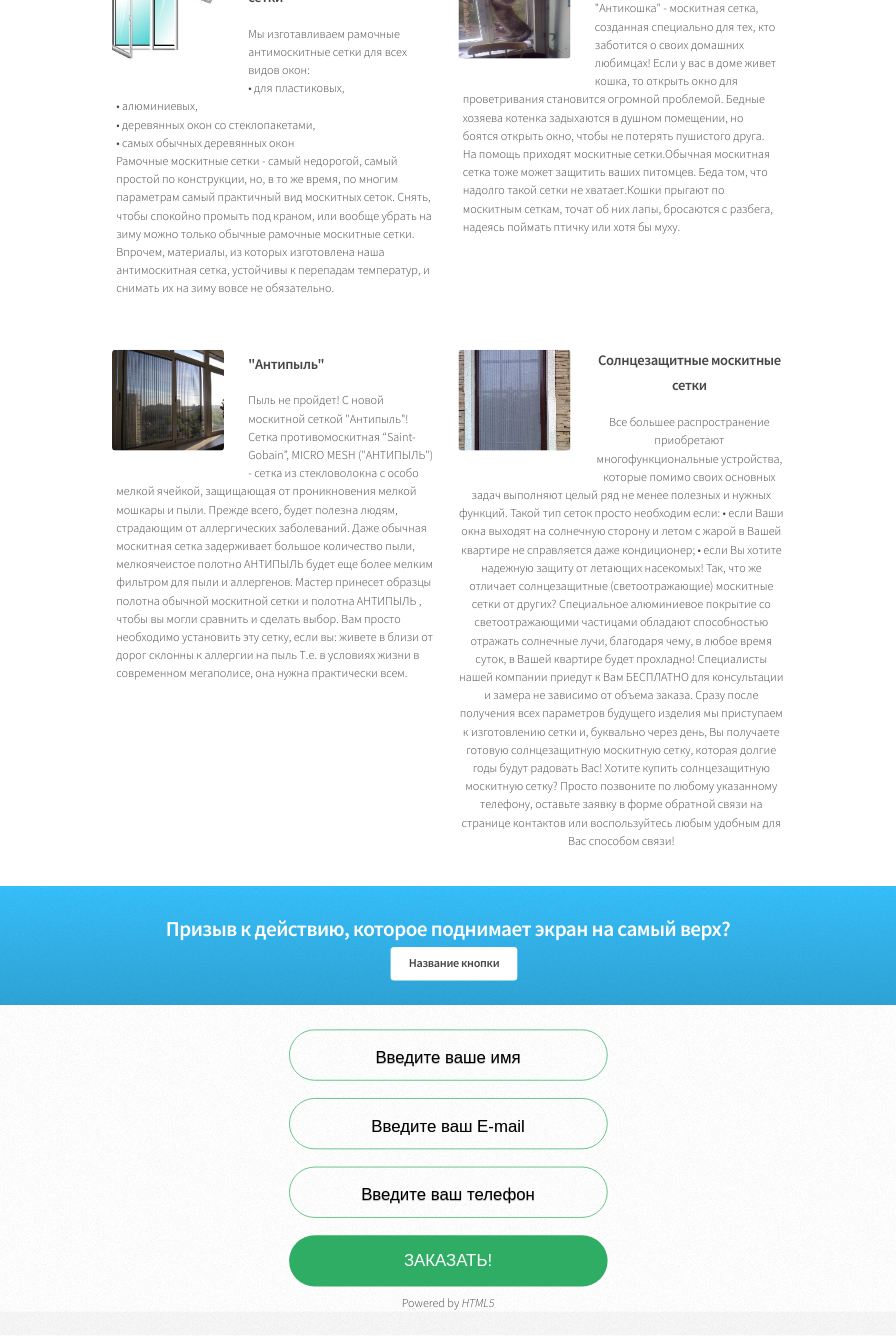
Repository: Dovislive/moskit
Page: index.html
The author's editor kept a record of every edit. The page is drawn from the files as they stood at one moment, then again after the next edit.
The browser window is 1280 px wide. The pictures show the part of the page from y = 1314 to 3234 px (the page is 3222 px tall before and 3234 px after), at 70% of full size.

Above is the page before.

After the next edit:
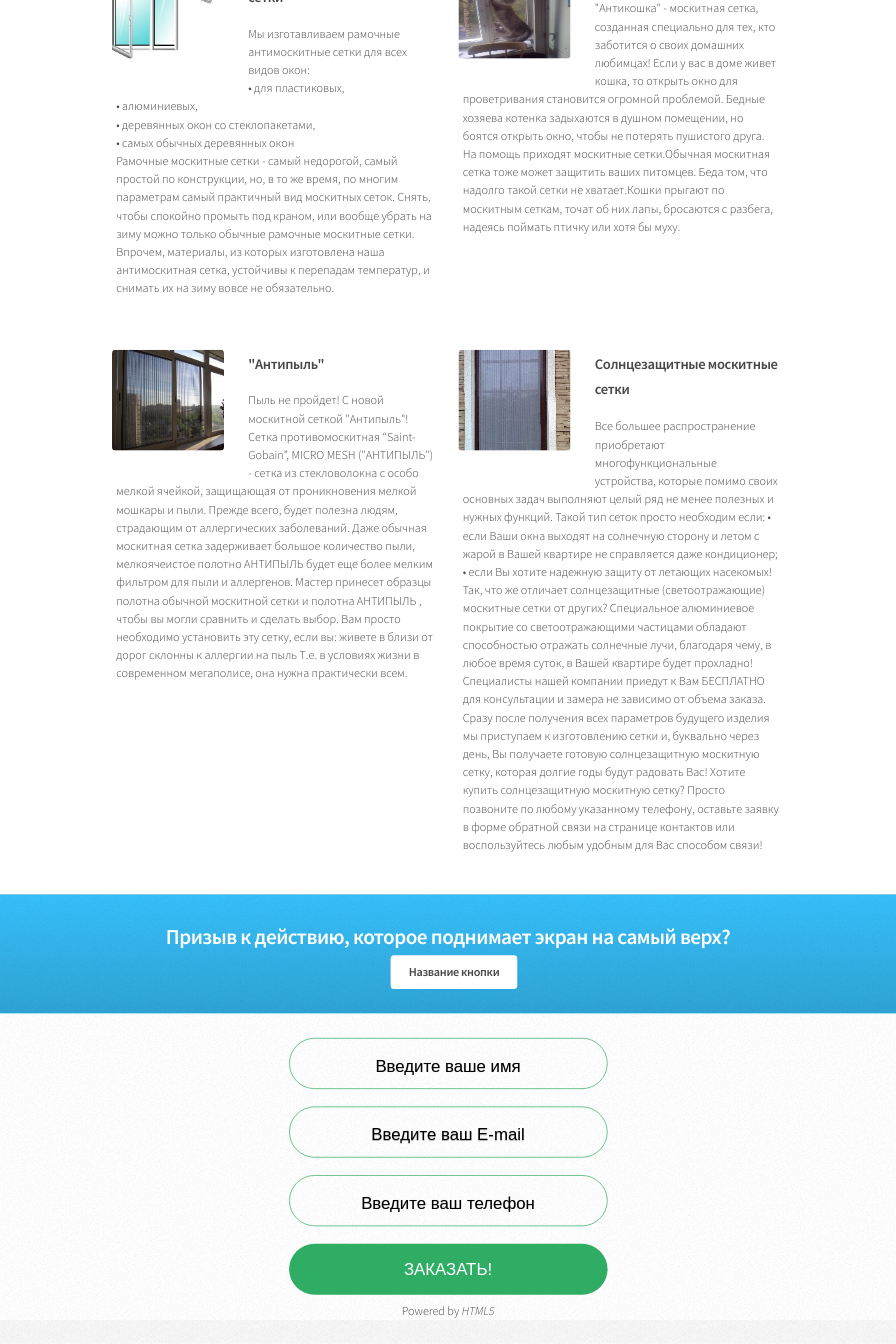
The edit:
--- a/index.html
+++ b/index.html
@@ -121,7 +121,7 @@
 							<section class="6u 12u(narrower)">
 
 									<a class="image left"><img src="images/pic04.jpg" alt="Солнцезащитные москитные сетки" /></a>
-									<div class="inner">
+									<div class="boxes">
 										<h3>Солнцезащитные москитные сетки</h3>
 										<p>Все большее распространение приобретают многофункциональные устройства, которые помимо своих основных задач выполняют целый ряд не менее полезных и нужных функций.
 Такой тип сеток просто необходим если:
